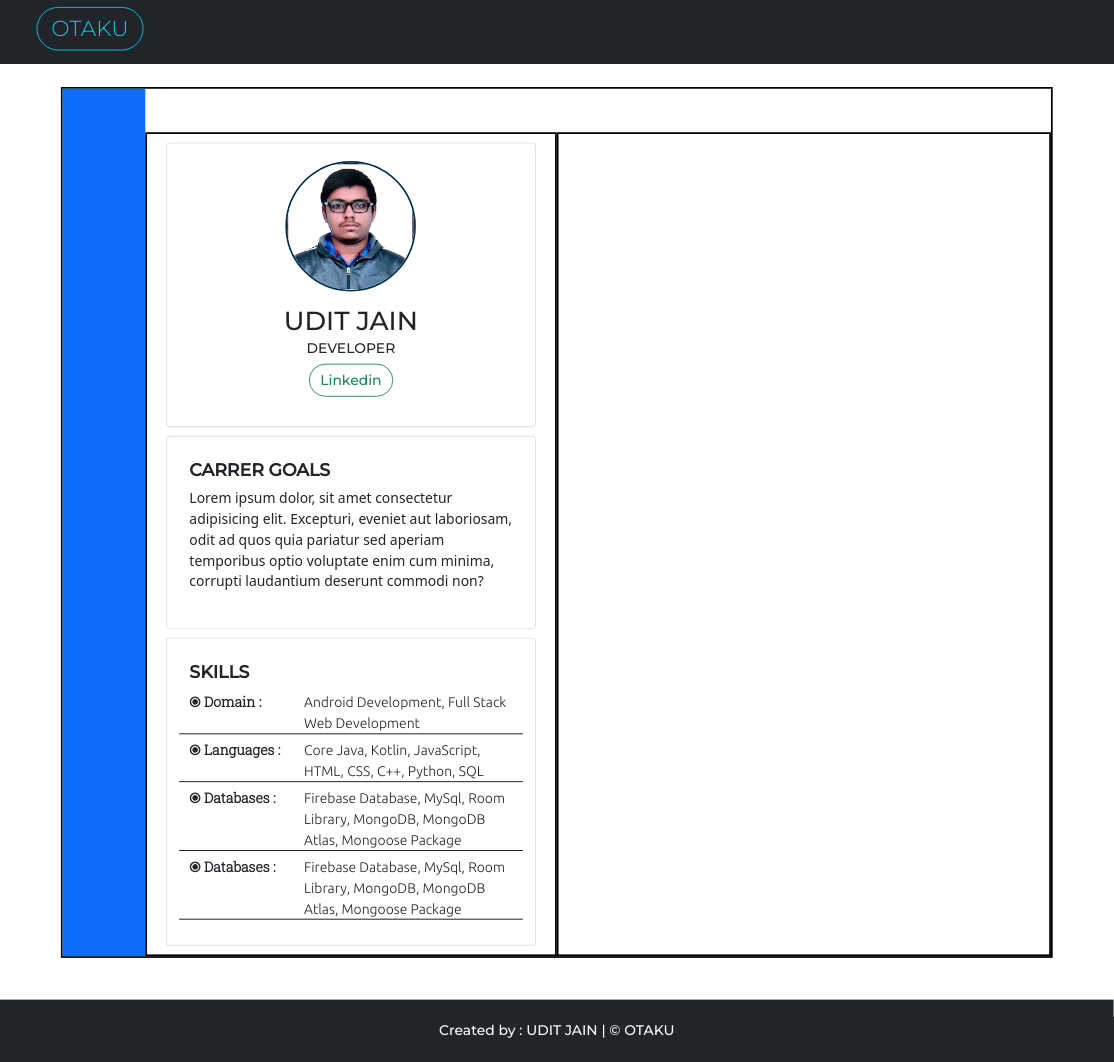
Repository: uditjain100/Responsive-Resume
Page: layouts/index.html
The author's editor kept a copy of each file at every save. The page is drawn from the files as they stood at one save, then again after the next save.
The browser window is 1280 px wide. The pictures show the whole page, at 87% of full size.
Some web libraries are served in a nearby version.

Above is the page before, as saved 2021-03-01 14:38:11.

After the next save:
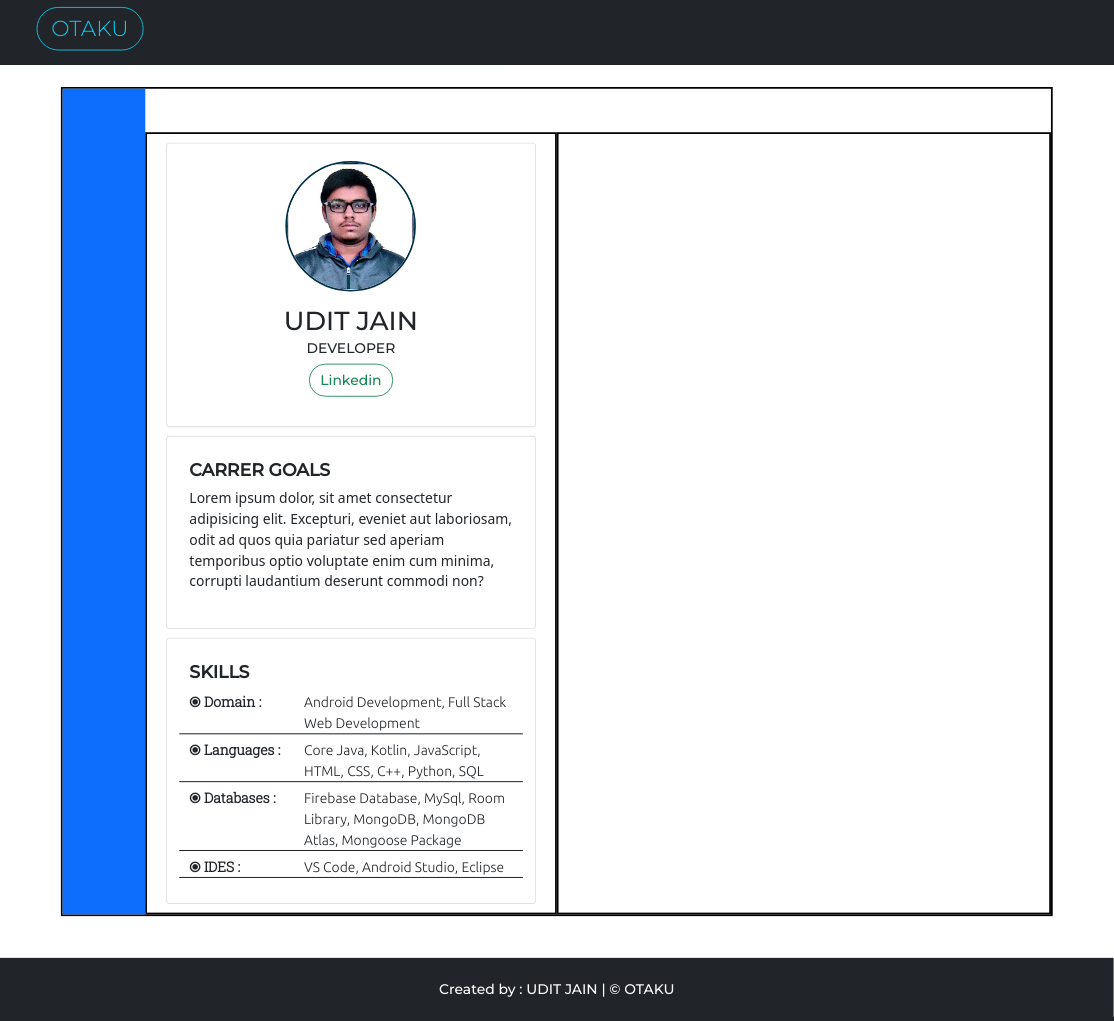
Saved 52 s later.
--- a/layouts/index.html
+++ b/layouts/index.html
@@ -114,10 +114,9 @@
                   >
                 </li>
                 <li id="skillsitem" class="row">
-                  <span class="col-4" id="que">⦿ Databases : </span>
+                  <span class="col-4" id="que">⦿ IDES : </span>
                   <span class="col-8" id="ans"
-                    >Firebase Database, MySql, Room Library, MongoDB, MongoDB
-                    Atlas, Mongoose Package</span
+                    >VS Code, Android Studio, Eclipse</span
                   >
                 </li>
               </ul>
